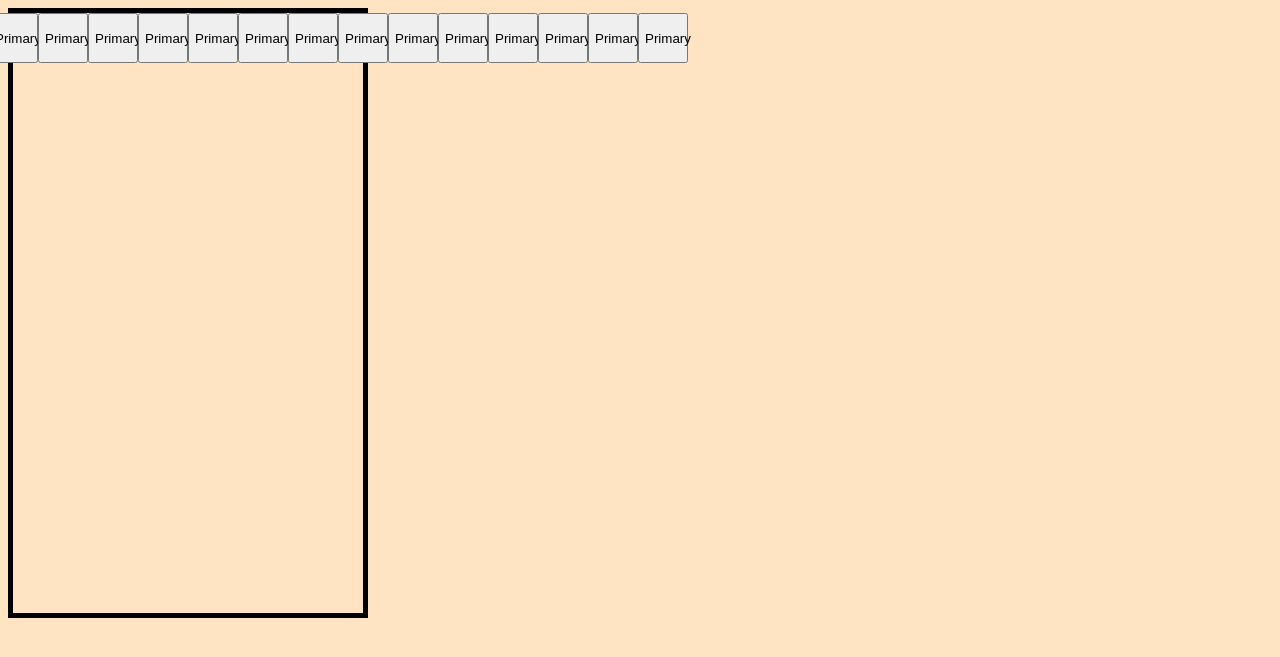
Repository: noahcallen/LAB-calculator
Page: index.html
An editor plug-in stored every save of this project. The page is shown before and after the next save, followed by the edit.
The browser window is 1280 px wide. The pictures show the whole page.

Above is the page before, as saved 2024-07-10 18:31:14.

### index.html
<!DOCTYPE html>
<html lang="en">
<head>
  <meta charset="UTF-8">
  <meta name="viewport" content="width=device-width, initial-scale=1.0">
  <title>Document</title>
  <link rel="stylesheet" href="main.css">
  <meta name="viewport" content="width=device-width, initial-scale=1">
</head>
<body>
  <div class="container">

    <button type="button" class="btn btn-primary">Primary</button>
    <button type="button" class="btn btn-primary">Primary</button>
    <button type="button" class="btn btn-primary">Primary</button>
    <button type="button" class="btn btn-primary">Primary</button>
    <button type="button" class="btn btn-primary">Primary</button>
    <button type="button" class="btn btn-primary">Primary</button>
    <button type="button" class="btn btn-primary">Primary</button>
    <button type="button" class="btn btn-primary">Primary</button>
    <button type="button" class="btn btn-primary">Primary</button>
    <button type="button" class="btn btn-primary">Primary</button>
    <button type="button" class="btn btn-primary">Primary</button>
    <button type="button" class="btn btn-primary">Primary</button>
    <button type="button" class="btn btn-primary">Primary</button>
    <button type="button" class="btn btn-primary">Primary</button>
    <button type="button" class="btn btn-primary">Primary</button>
    <button type="button" class="btn btn-primary">Primary</button>
    <button type="button" class="btn btn-primary">Primary</button>
    <button type="button" class="btn btn-primary">Primary</button>
    <button type="button" class="btn btn-primary">Primary</button>
    <button type="button" class="btn btn-primary">Primary</button>


  </div>



  <script src="main.js"></script>
  <!-- import js bootstrap -->
  <script src="https://cdn.jsdelivr.net/npm/bootstrap@5.3.3/dist/js/bootstrap.bundle.min.js" integrity="sha384-YvpcrYf0tY3lHB60NNkmXc5s9fDVZLESaAA55NDzOxhy9GkcIdslK1eN7N6jIeHz" crossorigin="anonymous"></script>
</body>
</html>

### main.css
body {
  background-color: bisque;
}

.container {
  display: flex;
  justify-content: center;
  border: solid 5px black;
  height: 600px;
  width: 350px;
}

.btn {
  height: 50px;
  width: 50px;
  padding: 5px;
}

Loaded but not shown: main.js (no stored copy; drawn as an empty file)

After the next save:
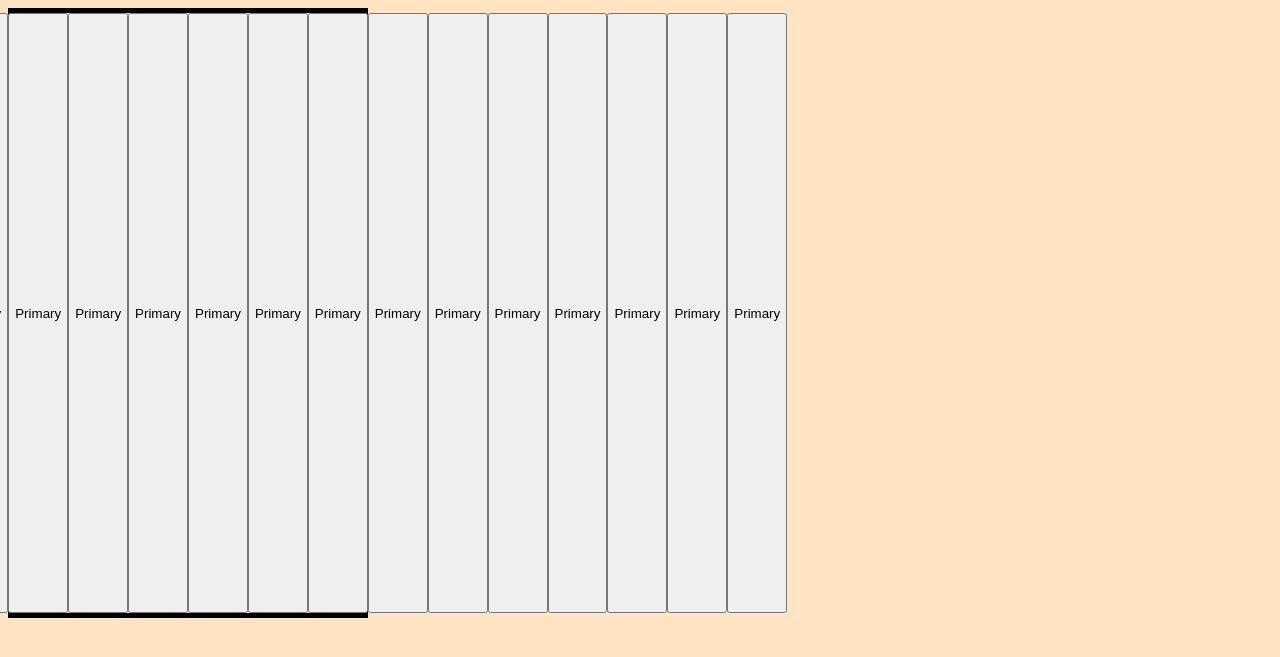
Saved 6 s later.
--- a/main.css
+++ b/main.css
@@ -11,7 +11,7 @@
 }
 
 .btn {
-  height: 50px;
-  width: 50px;
+  /* height: 50px;
+  width: 50px; */
   padding: 5px;
 }

After the save that followed:
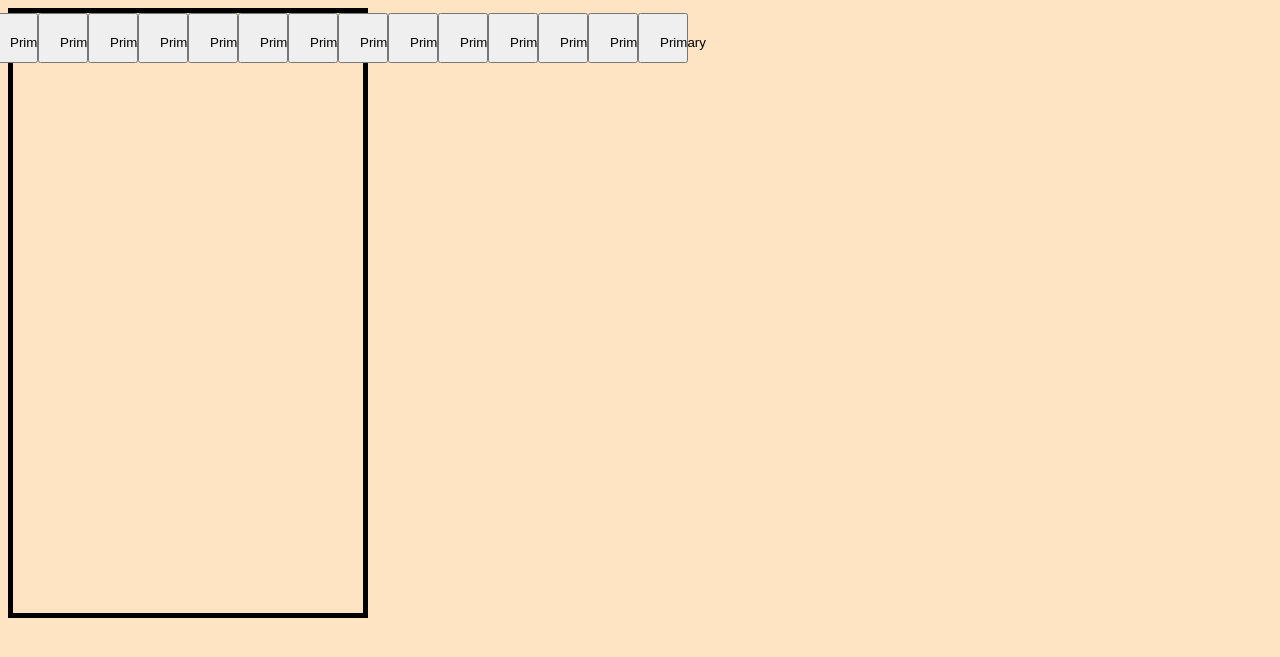
Saved 9 s later.
--- a/main.css
+++ b/main.css
@@ -11,7 +11,7 @@
 }
 
 .btn {
-  /* height: 50px;
-  width: 50px; */
-  padding: 5px;
+  height: 50px;
+  width: 50px;
+  padding: 20px;
 }
